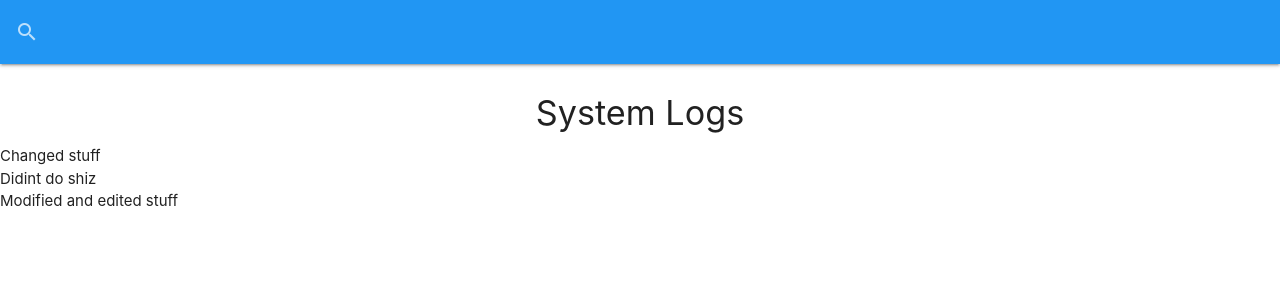
Repository: chinmayparab/log-keeper
Page: /
The author's editor kept a copy of each file at every save. The page is drawn from the files as they stood at one save, then again after the next save.
The browser window is 1280 px wide. The pictures show the whole page.
The project was rebuilt for these pictures with package versions that can differ from the ones it lists, and the page was loaded fresh each time. Requests to the local data server were answered from the project's data file. Also part of the build but not shown: src/App.css.

Above is the page before, as saved 2020-06-26 23:34:03.

### public/index.html
<!DOCTYPE html>
<html lang="en">
  <head>
    <meta charset="utf-8" />
    <link rel="icon" href="%PUBLIC_URL%/favicon.ico" />
    <meta name="viewport" content="width=device-width, initial-scale=1" />
    <meta name="theme-color" content="#000000" />
    <meta
      name="description"
      content="Web site created using create-react-app"
    />
    <link rel="apple-touch-icon" href="%PUBLIC_URL%/logo192.png" />
    <link
      href="https://fonts.googleapis.com/icon?family=Material+Icons"
      rel="stylesheet"
    />
    <link rel="manifest" href="%PUBLIC_URL%/manifest.json" />
    <title>System Logger</title>
  </head>
  <body>
    <noscript>You need to enable JavaScript to run this app.</noscript>
    <div id="root"></div>
  </body>
</html>

### src/App.js
import React, { Fragment, useEffect } from "react";
import SearchBar from "./components/layout/SearchBar";
import Logs from "./components/logs/Logs";
import "materialize-css/dist/css/materialize.min.css";
import M from "materialize-css/dist/js/materialize.min.js";
import "./App.css";

const App = () => {
  useEffect(() => {
    M.AutoInit();
  });

  return (
    <Fragment>
      <SearchBar />
      <Logs />
    </Fragment>
  );
};

export default App;

### src/components/layout/SearchBar.js
import React from "react";

const SearchBar = () => {
  return (
    <nav style={{ marginBottom: "30px" }} className='blue'>
      <div className='nav-wrapper'>
        <form>
          <div className='input-field'>
            <input id='search' type='search' />
            <label className='label-icon' hmtlFor='search'>
              <i className='material-icons'>search</i>
            </label>
            <i className='material-icons'>close</i>
          </div>
        </form>
      </div>
    </nav>
  );
};

export default SearchBar;

### src/components/logs/Logs.js
import React, { useState, useEffect } from "react";

const Logs = () => {
  const [logs, setLogs] = useState([]);
  const [loading, setLoading] = useState(false);

  useEffect(() => {
    getLogs();
    //eslint-disable-next=line
  }, []);

  const getLogs = async () => {
    setLoading(true);
    const res = await fetch("/logs");
    const data = await res.json();

    setLogs(data);
    setLoading(false);
  };

  if (loading) {
    return <h4>Loading...</h4>;
  }

  return (
    <div>
      <ul className='collection-with-header'>
        <li className='collection-header'>
          <h4 className='center'>System Logs</h4>
        </li>
        {!loading && logs.length === 0 ? (
          <p className='center'>No logs to show...</p>
        ) : (
          logs.map((log) => <li>{log.message}</li>)
        )}
      </ul>
    </div>
  );
};

export default Logs;

### db.json
{
  "logs": [
    {
      "id": 1,
      "message": "Changed stuff",
      "attention": false,
      "date": "07-12-2018",
      "tech": "Lil Pete"
    },
    {
      "id": 2,
      "message": "Didint do shiz",
      "attention": true,
      "date": "04-11-2018",
      "tech": "Skinny Badger"
    },
    {
      "id": 3,
      "message": "Modified and edited stuff",
      "attention": true,
      "date": "27-12-2018",
      "tech": "Jene Grey"
    }
  ],
  "techs": [
    {
      "id": 1,
      "firstName": "Lil",
      "lastName": "Pete"
    },
    {
      "id": 3,
      "firstName": "Skinny",
      "lastName": "Badger"
    },
    {
      "id": 3,
      "firstName": "Jene",
      "lastName": "Grey"
    }
  ]
}

Loaded but not shown: src/index.js (common file)

After the next save:
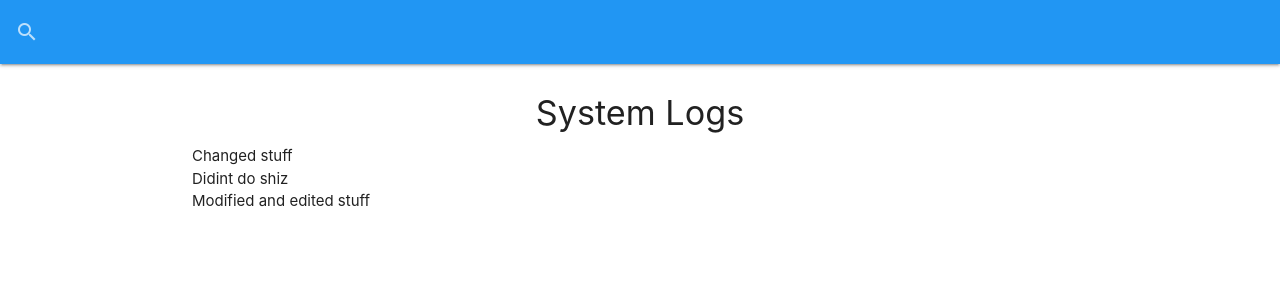
Saved 18 s later.
--- a/src/App.js
+++ b/src/App.js
@@ -13,7 +13,9 @@ const App = () => {
   return (
     <Fragment>
       <SearchBar />
-      <Logs />
+      <div className='container'>
+        <Logs />
+      </div>
     </Fragment>
   );
 };
